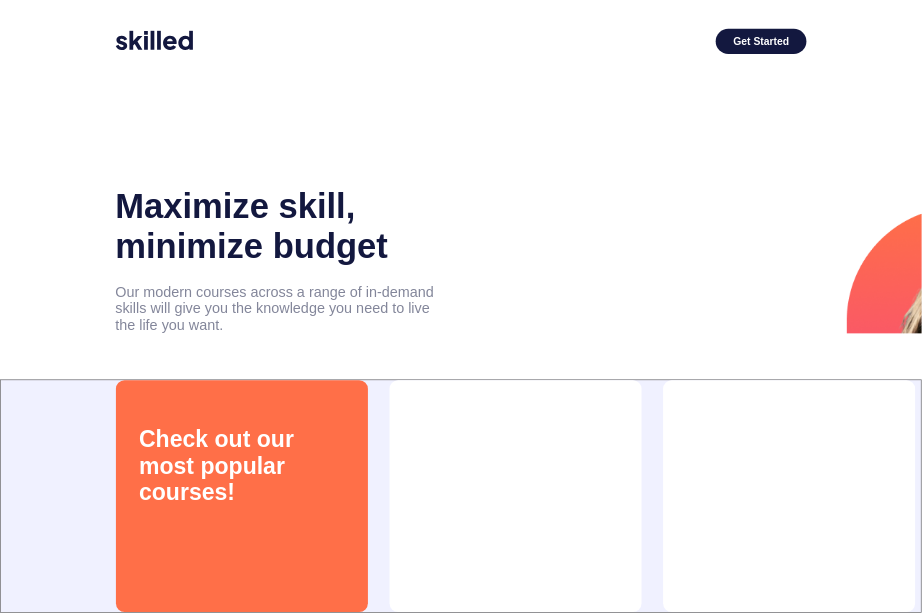
Repository: exe-walt/E-Learning-Landing-Page
Page: index.html
These files come from the project's save history. The page is drawn as it stood at one moment and after a run of saves; the edit follows.
The browser window is 1280 px wide. The pictures show the whole page, at 72% of full size.
Some web fonts or font styles are not loaded; a fallback is used.

Above is the page before, as saved 2025-05-28 14:24:13.

After the next 4 saves:
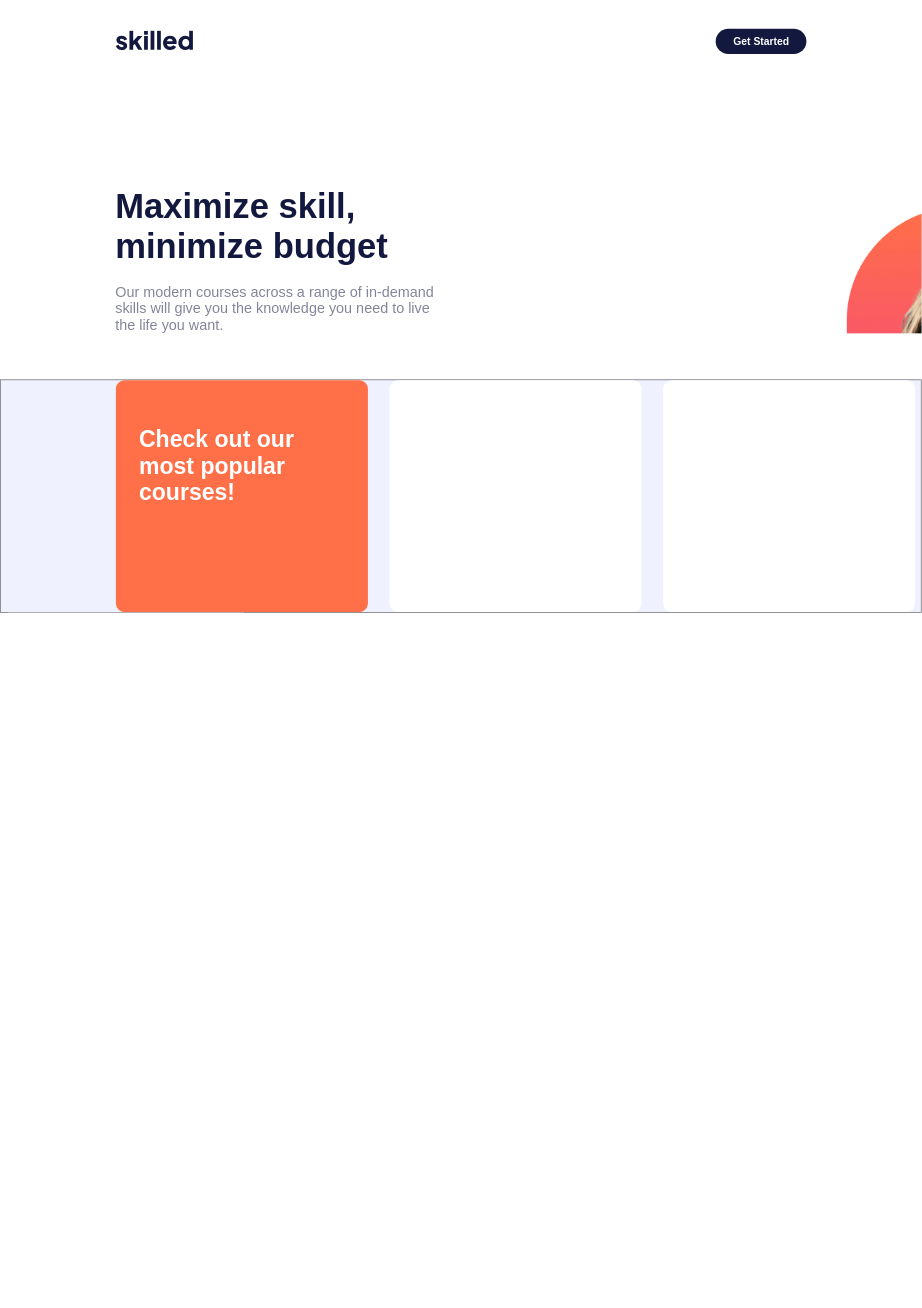
The 4 saves are shown as one change because they came seconds apart.
The last was saved 11 s later.
--- a/css/style.css
+++ b/css/style.css
@@ -114,7 +114,7 @@ body {
   justify-content: center;
 }
 
-.animation-card, .design-card, photography{
+.animation-card, .design-card, .photography, .crypto, .business{
   width: 350px;
   height: 322px;
   border-radius: 12px;
